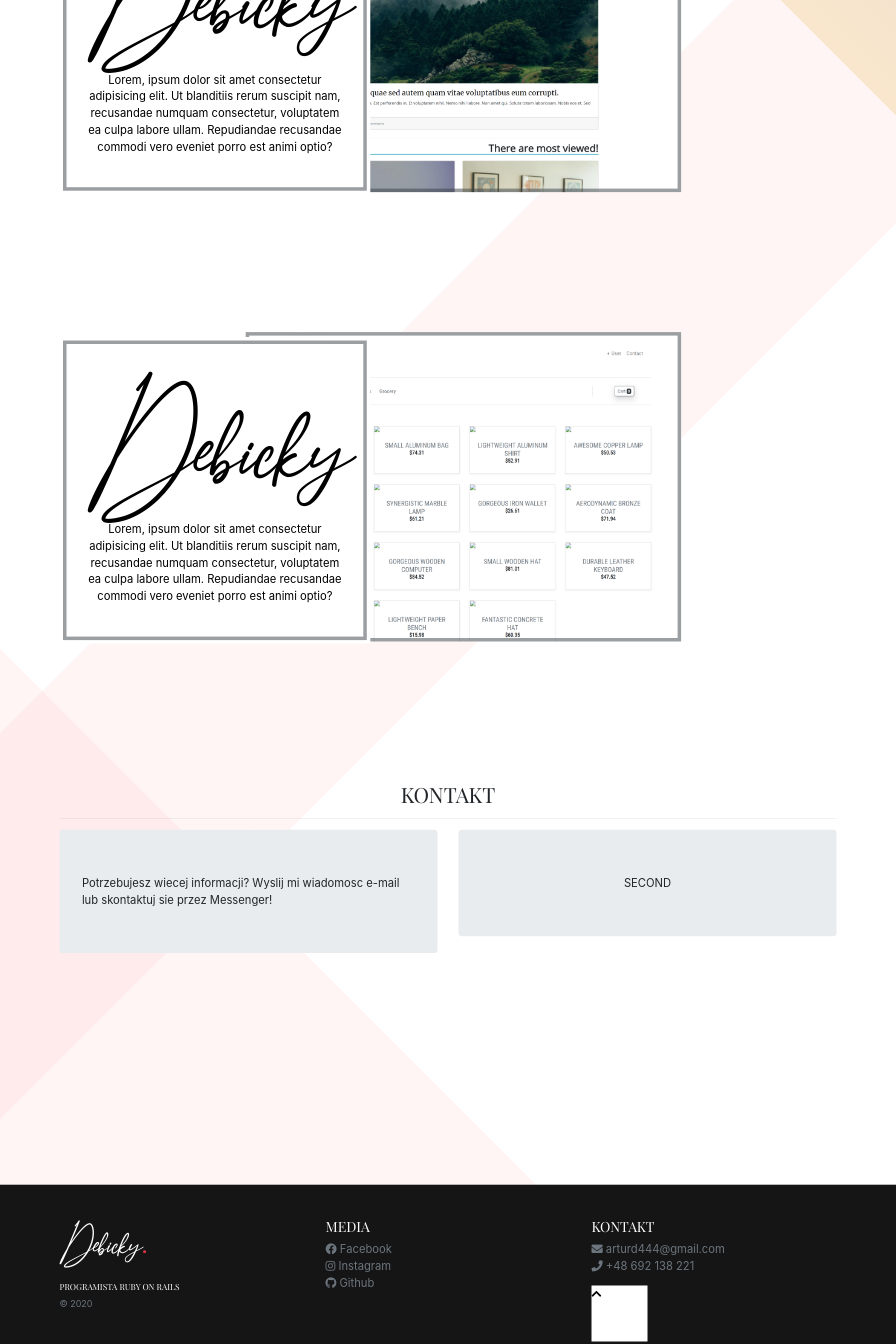
Repository: debicky/debicky.github.io
Page: index.html
An editor plug-in stored every save of this project. The page is shown before and after the next save, followed by the edit.
The browser window is 1280 px wide. The pictures show the part of the page from y = 2319 to 4239 px (the page is 4239 px tall), at 70% of full size.
Some web libraries are served in a nearby version.

Above is the page before, as saved 2020-06-14 12:59:28.

After the next save:
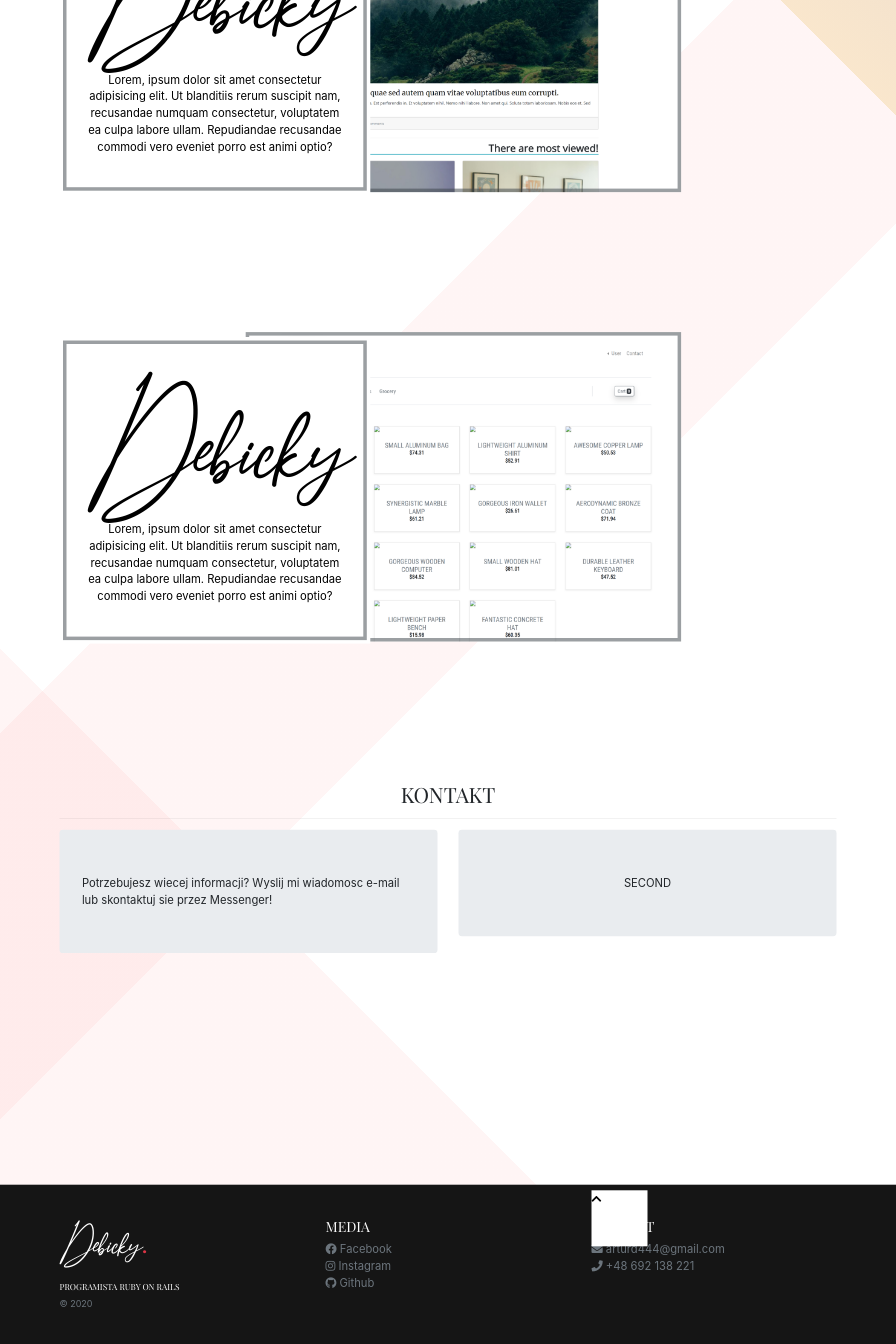
Saved 5 s later.
--- a/styles.css
+++ b/styles.css
@@ -229,7 +229,7 @@ a.text-muted:hover{
   height: 5rem;
   background-color: #fff;
   color: black;
-  top: ;
+  top: -2.5rem;
 
 }
 
